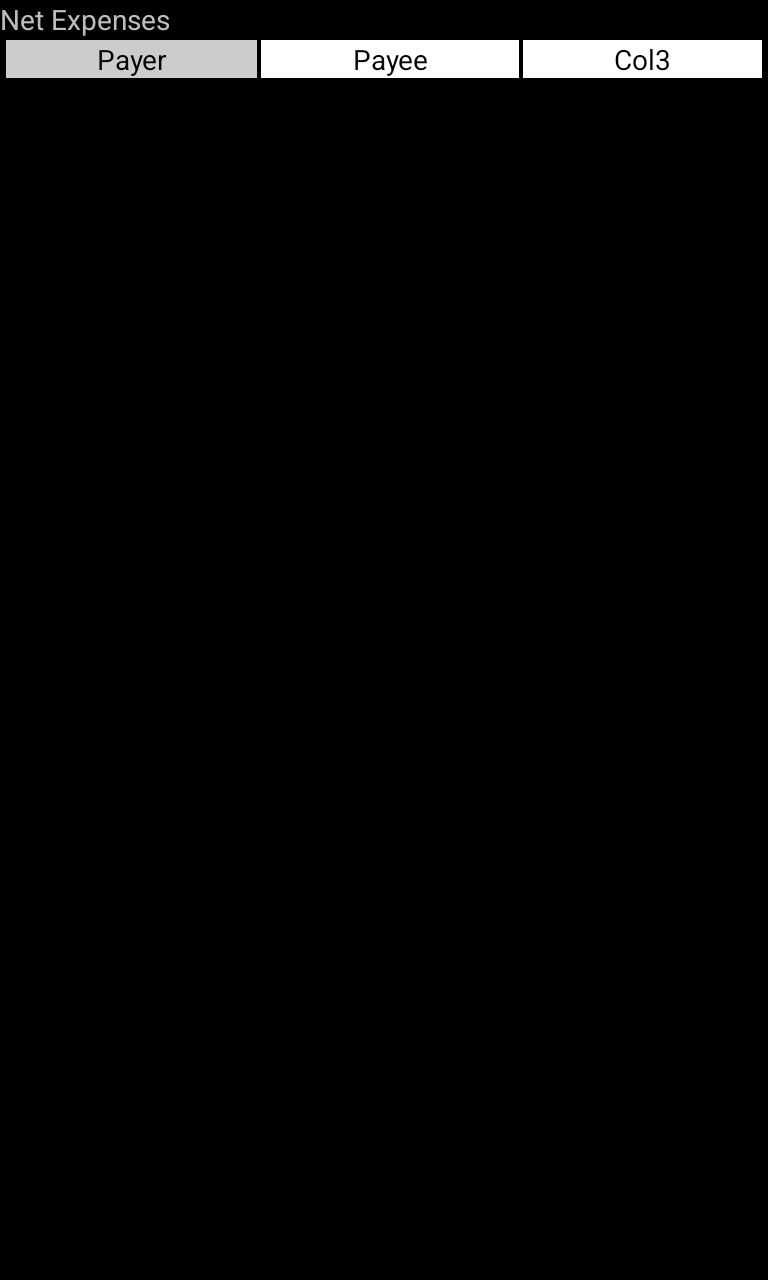
Repository: iyeranan/Expenses
Layout: Expenses/res/layout/netexpenses.xml
An editor plug-in stored every save of this project. The layout is shown before and after the next save, followed by the edit.
It is drawn on a 768 x 1280 px phone screen (xhdpi) without system bars, with theme android:Theme; the app's code is not run.

Above is the layout before, as saved 2012-01-16 17:52:10.

### Expenses/res/layout/netexpenses.xml
<?xml version="1.0" encoding="utf-8"?>
<ScrollView xmlns:android="http://schemas.android.com/apk/res/android" android:layout_height="fill_parent" android:layout_width="fill_parent" android:id="@+id/widget54">
<LinearLayout xmlns:android="http://schemas.android.com/apk/res/android"
    android:orientation="vertical"
    android:layout_height="fill_parent" android:layout_width="fill_parent">
<TextView
    android:layout_width="fill_parent"
    android:layout_height="wrap_content" android:text="@string/netExpenses"/>
<TableLayout
  android:id="@+id/tblNetExpenses"
  android:layout_width="fill_parent"
  android:layout_marginRight="2dp"
  android:layout_marginLeft="2dp"
  android:layout_height="wrap_content"
  android:background="@android:color/black">
  <TableRow>
   <TextView
    android:textColor="@android:color/black"
    android:layout_margin="1dp"
    android:gravity="center_horizontal"
    android:layout_weight="1"
    android:background="#ffcccccc"
    android:text="Payer" />
   <TextView
    android:textColor="@android:color/black"
    android:gravity="center_horizontal"
    android:layout_weight="1"
    android:layout_margin="1dp"
    android:background="@android:color/white"
    android:text="Payee" />
   <TextView
    android:textColor="@android:color/black"
    android:gravity="center_horizontal"
    android:layout_weight="1"
    android:layout_margin="1dp"
    android:background="@android:color/white"
    android:text="Col3" />
  </TableRow>
 </TableLayout></LinearLayout>
</ScrollView>

### Expenses/res/values/strings.xml
<?xml version="1.0" encoding="utf-8"?>
<resources>
    <string name="addPeople">Add People</string>
    <string name="app_name">Expenses</string>
    <string name="addExpenses">Add Expenses</string>
    <string name="ExpensesShare">ExpensesShare</string>
    <string name="netExpenses">Net Expenses</string>
</resources>

After the next save:
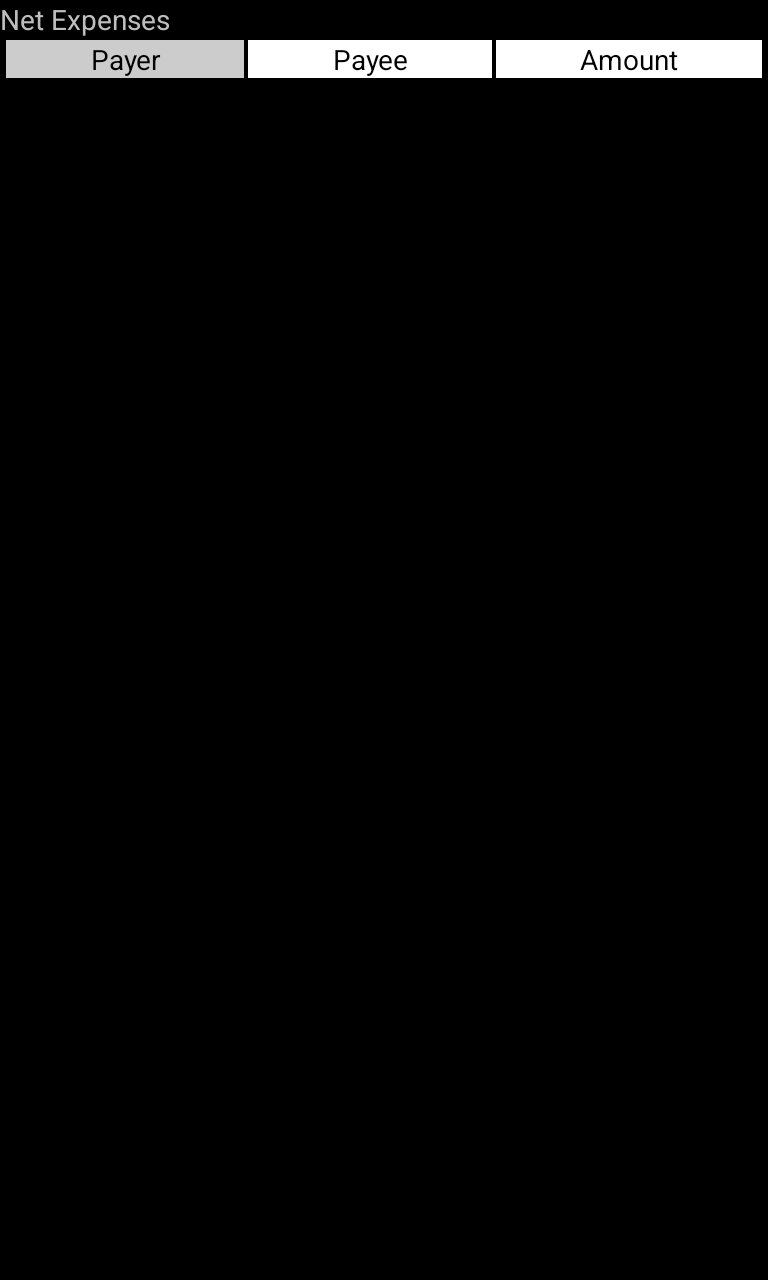
Saved 8 s later.
--- a/Expenses/res/layout/netexpenses.xml
+++ b/Expenses/res/layout/netexpenses.xml
@@ -34,7 +34,7 @@
     android:layout_weight="1"
     android:layout_margin="1dp"
     android:background="@android:color/white"
-    android:text="Col3" />
+    android:text="Amount" />
   </TableRow>
  </TableLayout></LinearLayout>
 </ScrollView>
